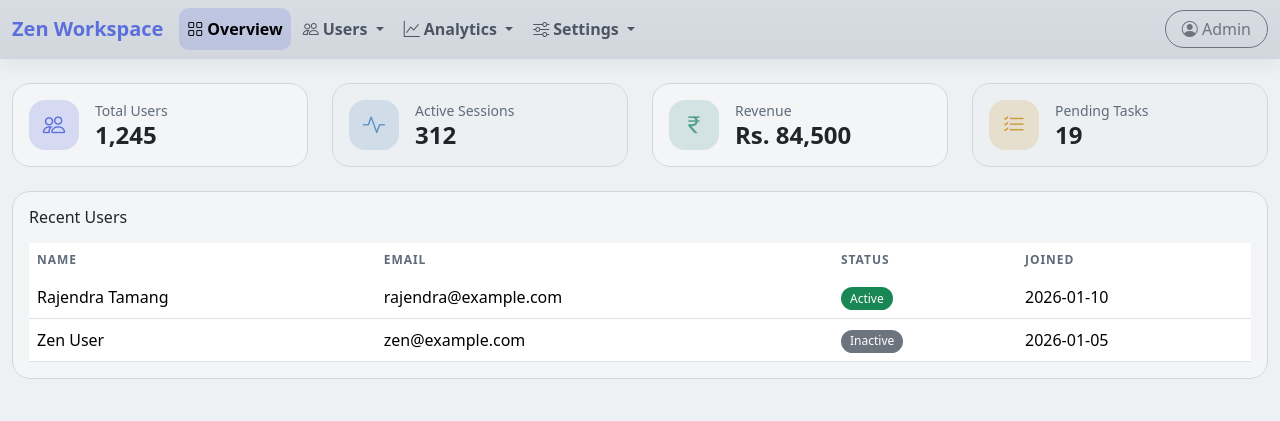
Repository: rajendratamang/bootstrap-dashboard
Page: index.html
These files come from the project's save history. The page is drawn as it stood at one moment and after the next save; the edit follows.
The browser window is 1280 px wide. The pictures show the whole page.
Some web fonts or font styles are not loaded; a fallback is used.

Above is the page before, as saved 2026-01-17 13:07:17.

After the next save:
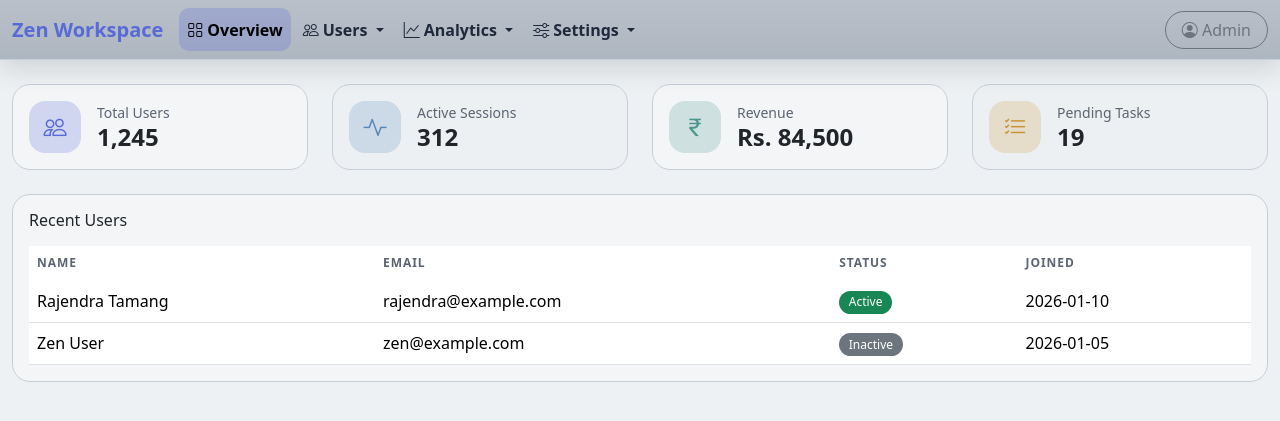
Saved 47 s later.
--- a/index.html
+++ b/index.html
@@ -20,19 +20,22 @@
         ====================== */
         :root {
             --bg-app: #eef1f4;
-            --bg-nav: #d8dde3;          /* darker header */
+            --bg-nav: #b9c0c9;          /* darker header base */
+            --bg-nav-dark: #aeb6c0;     /* gradient depth */
+
             --bg-card: #f3f5f7;
             --bg-card-alt: #edf0f3;
 
             --text-main: #1f2937;
-            --text-muted: #5f6b7a;
-
-            --accent-primary: #5b6fdc;
-            --accent-success: #4f9d8f;
-            --accent-warning: #c99a3b;
-            --accent-info: #5c8fbf;
-
-            --border-soft: #cfd6de;
+            --text-muted: #5b6472;
+            --text-nav: #1e293b;
+
+            --accent-primary: #586ad6;
+            --accent-success: #4a968a;
+            --accent-warning: #c69432;
+            --accent-info: #5686b8;
+
+            --border-soft: #c6ced8;
         }
 
         body {
@@ -42,12 +45,16 @@
         }
 
         /* ======================
-           NAVBAR
+           NAVBAR (DARKER)
         ====================== */
         .navbar {
-            background: linear-gradient(to bottom, #d8dde3, #d2d7dd);
+            background: linear-gradient(
+                to bottom,
+                var(--bg-nav),
+                var(--bg-nav-dark)
+            );
             border-bottom: 1px solid var(--border-soft);
-            box-shadow: 0 6px 18px rgba(0,0,0,.06);
+            box-shadow: 0 10px 26px rgba(0,0,0,.12);
         }
 
         .navbar-brand {
@@ -56,20 +63,20 @@
         }
 
         .nav-link {
-            color: #4b5563;
+            color: var(--text-nav);
             font-weight: 600;
             border-radius: 10px;
-            padding: .55rem .9rem;
+            padding: .6rem .95rem;
             transition: all .2s ease;
         }
 
         .nav-link:hover {
-            background: rgba(91,111,220,.14);
+            background: rgba(88,106,214,.18);
             color: var(--accent-primary);
         }
 
         .nav-link.active {
-            background: rgba(91,111,220,.2);
+            background: rgba(88,106,214,.25);
             color: var(--accent-primary);
         }
 
@@ -77,10 +84,10 @@
            DROPDOWNS
         ====================== */
         .dropdown-menu {
-            background: #f0f3f6;
+            background: #eef1f4;
             border: 1px solid var(--border-soft);
             border-radius: 14px;
-            box-shadow: 0 18px 40px rgba(0,0,0,.08);
+            box-shadow: 0 22px 44px rgba(0,0,0,.12);
         }
 
         .dropdown-item {
@@ -89,7 +96,7 @@
         }
 
         .dropdown-item:hover {
-            background: rgba(91,111,220,.12);
+            background: rgba(88,106,214,.15);
             color: var(--accent-primary);
         }
 
@@ -109,7 +116,7 @@
 
         .card:hover {
             transform: translateY(-2px);
-            box-shadow: 0 16px 32px rgba(0,0,0,.06);
+            box-shadow: 0 18px 36px rgba(0,0,0,.08);
         }
 
         /* ======================
@@ -122,19 +129,19 @@
         }
 
         .stat-icon {
-            width: 50px;
-            height: 50px;
+            width: 52px;
+            height: 52px;
             border-radius: 16px;
             display: flex;
             align-items: center;
             justify-content: center;
-            font-size: 1.4rem;
-        }
-
-        .soft-primary { background: rgba(91,111,220,.2); color: var(--accent-primary); }
-        .soft-success { background: rgba(79,157,143,.2); color: var(--accent-success); }
-        .soft-warning { background: rgba(201,154,59,.2); color: var(--accent-warning); }
-        .soft-info { background: rgba(92,143,191,.2); color: var(--accent-info); }
+            font-size: 1.45rem;
+        }
+
+        .soft-primary { background: rgba(88,106,214,.22); color: var(--accent-primary); }
+        .soft-success { background: rgba(74,150,138,.22); color: var(--accent-success); }
+        .soft-warning { background: rgba(198,148,50,.22); color: var(--accent-warning); }
+        .soft-info { background: rgba(86,134,184,.22); color: var(--accent-info); }
 
         .stat small {
             color: var(--text-muted);
@@ -158,7 +165,7 @@
         }
 
         .table tbody tr:hover {
-            background: rgba(0,0,0,.035);
+            background: rgba(0,0,0,.04);
         }
 
         /* ======================
@@ -166,7 +173,7 @@
         ====================== */
         .badge {
             border-radius: 999px;
-            padding: .45em .75em;
+            padding: .45em .8em;
             font-weight: 500;
         }
 
@@ -174,11 +181,11 @@
            PAGE ANIMATION
         ====================== */
         .page-enter {
-            animation: fadeSoft .5s ease forwards;
+            animation: fadeSoft .45s ease forwards;
         }
 
         @keyframes fadeSoft {
-            from { opacity: 0; transform: translateY(8px); }
+            from { opacity: 0; transform: translateY(6px); }
             to { opacity: 1; transform: translateY(0); }
         }
     </style>
@@ -234,6 +241,7 @@
                 </li>
             </ul>
 
+            <!-- USER MENU -->
             <div class="dropdown">
                 <a class="btn btn-outline-secondary rounded-pill px-3" data-bs-toggle="dropdown">
                     <i class="bi bi-person-circle"></i> Admin
@@ -250,7 +258,7 @@
     </div>
 </nav>
 
-<!-- MAIN CONTENT -->
+<!-- CONTENT -->
 <div class="container-fluid py-4 page-enter">
     <div class="row g-4">
 
